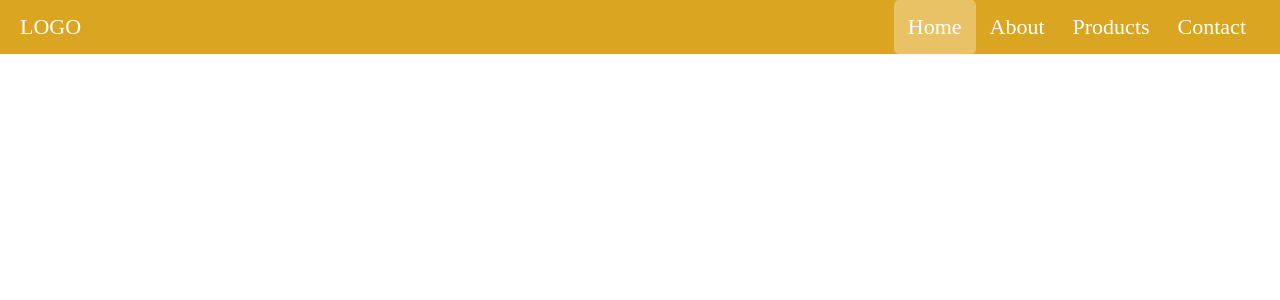
Repository: albayrakfatih/Flex-Navbar
Page: navbar-w-flexbox.html
An editor plug-in stored every save of this project. The page is shown before and after a run of saves, followed by the edit.
The browser window is 1280 px wide. The pictures show the whole page.
The pointer rests on the first visible `.navigation a`.

Above is the page before, as saved 2023-05-09 19:57:52.

After the next 2 saves:
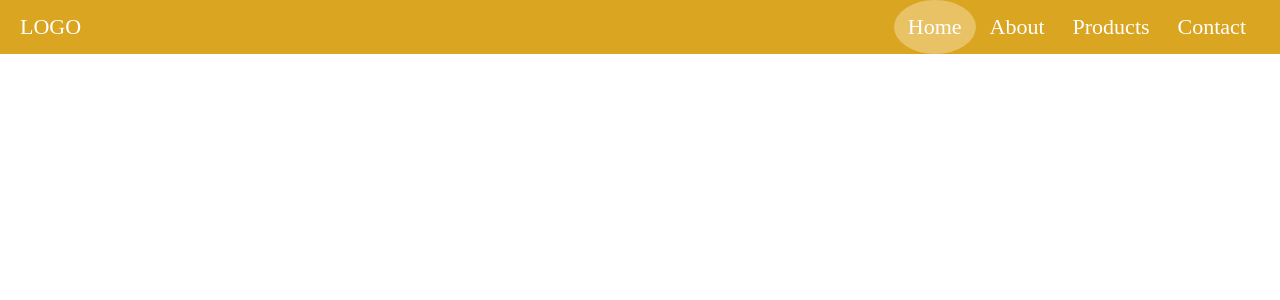
The 2 saves are shown as one change because they came seconds apart.
The last was saved 9 s later.
--- a/styles.css
+++ b/styles.css
@@ -29,6 +29,6 @@
 }
 .navigation a:hover{
     background:  #e8c264;
-    border-radius: 5px;
+    border-radius: 50%;
 
 }
